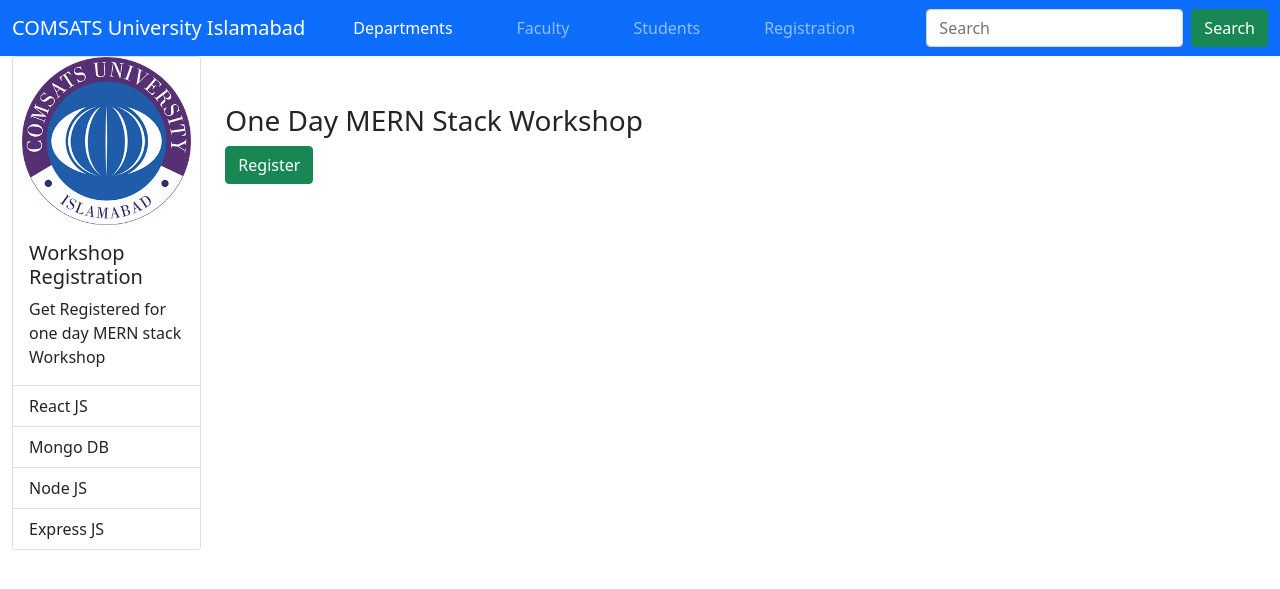
Repository: SaudCh/Web-Mid-Exams
Page: /register
An editor plug-in stored every save of this project. The page is shown before and after the next save, followed by the edit.
The browser window is 1280 px wide. The pictures show the whole page.
The project was rebuilt for these pictures with package versions that can differ from the ones it lists, and the page was loaded fresh each time. Also part of the build but not shown: src/Invalid/invalid.jsx, src/Students/student.jsx.

Above is the page before, as saved 2021-11-25 19:08:25.

After the next save:
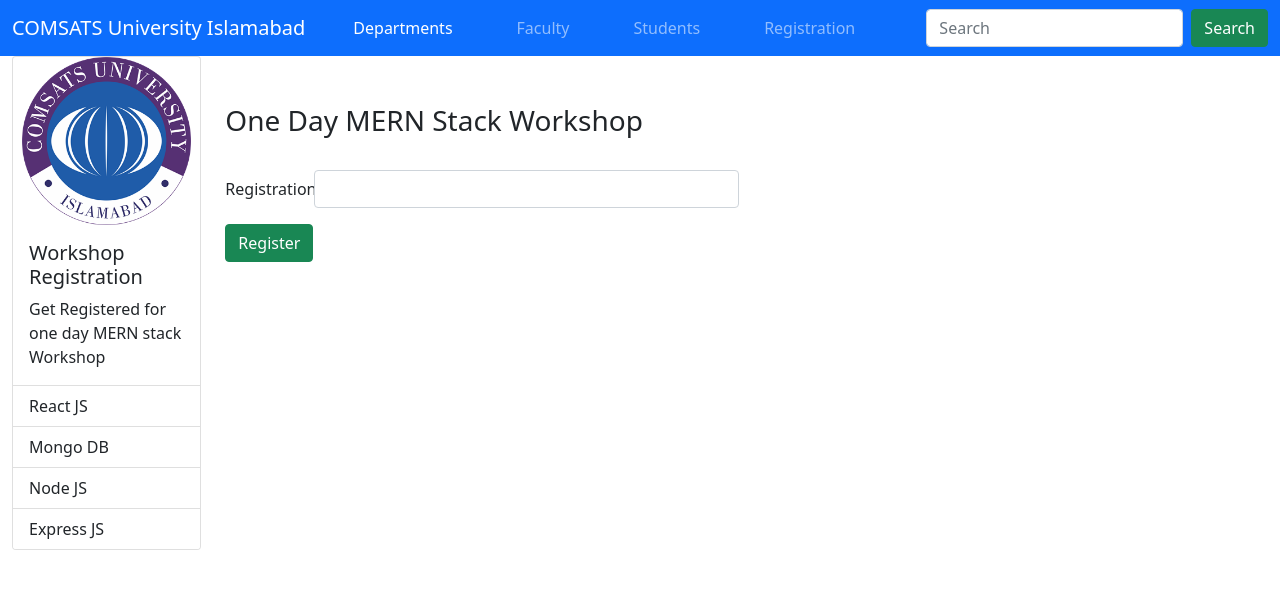
Saved 24 s later.
--- a/src/Register/register.jsx
+++ b/src/Register/register.jsx
@@ -22,7 +22,7 @@
         {(formik) => (
           <Form>
             {/*********Registration********** */}
-            {/* <div class="row g-3 align-items-center my-3">
+            <div class="row g-3 align-items-center my-3">
               <div class="col-1">
                 <label for="registration" class="col-form-label">
                   Registration
@@ -38,12 +38,12 @@
                   name="registration"
                 />
               </div>
-              <div class="alert alert-danger col-7" role="alert">
+              {/* <div class="alert alert-danger col-7" role="alert">
                 {errors.registration &&
                   touched.registration &&
                   errors.registration}
-              </div>
-            </div> */}
+              </div> */}
+            </div>
             {/*********Program****** */}
             {/* <div class="row g-3 align-items-center my-3">
               <div class="col-1">
